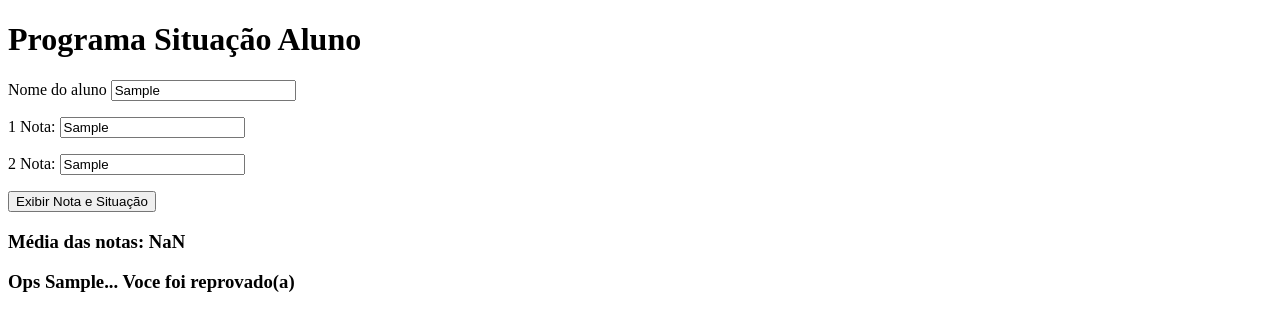
Repository: JhonMercedes/Javascript-book
Page: cap3/ex3_1.html
An editor plug-in stored every save of this project. The page is shown before and after the next save, followed by the edit.
The browser window is 1280 px wide. The pictures show the whole page.
Empty fields were first filled with sample values (such as "Sample", 5 or name@example.com).
After loading, the first visible `#btResultado` was clicked once.

Above is the page before, as saved 2021-12-09 00:08:41.

After the next save:
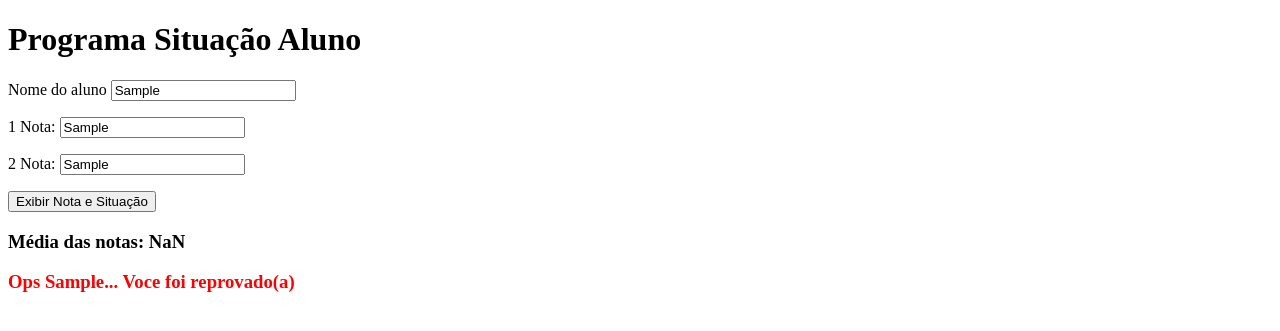
Saved 21 s later.
--- a/cap3/js/ex3_1.js
+++ b/cap3/js/ex3_1.js
@@ -19,7 +19,8 @@ function calcularMedia () {
         outSituacao.textContent = "Parabéns "+nome+ "! Voce foi aprovado(a)";
         outSituacao.style.color = "green";
     }else {
-        outSituacao.textContent = "Ops "+nome+ "... Voce foi reprovado(a)"
+        outSituacao.textContent = "Ops "+nome+ "... Voce foi reprovado(a)";
+        outSituacao.style.color = "red";
     }
 }
 
